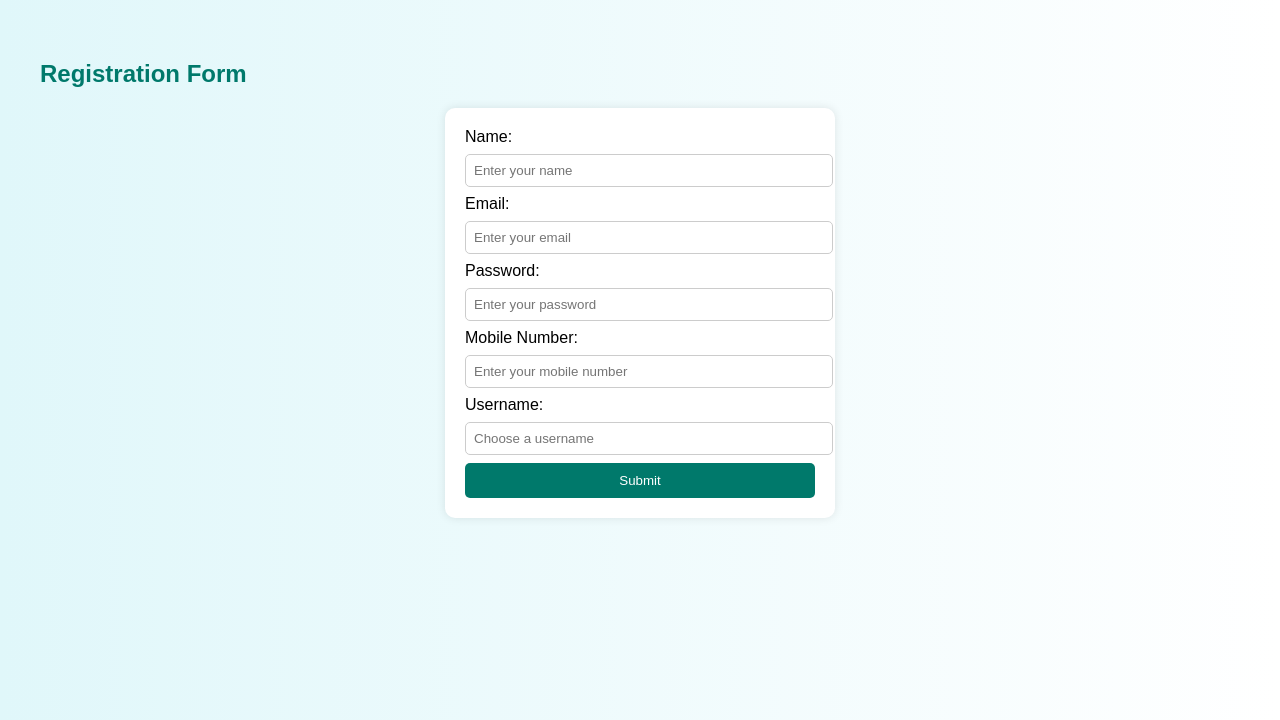
Repository: AkshayKPrajapati/CodingHub
Page: Servlet/WebContent/cookies.html
An editor plug-in stored every save of this project. The page is shown before and after the next save, followed by the edit.
The browser window is 1280 px wide. The pictures show the whole page.

Above is the page before, as saved 2025-10-15 17:49:45.

After the next save:
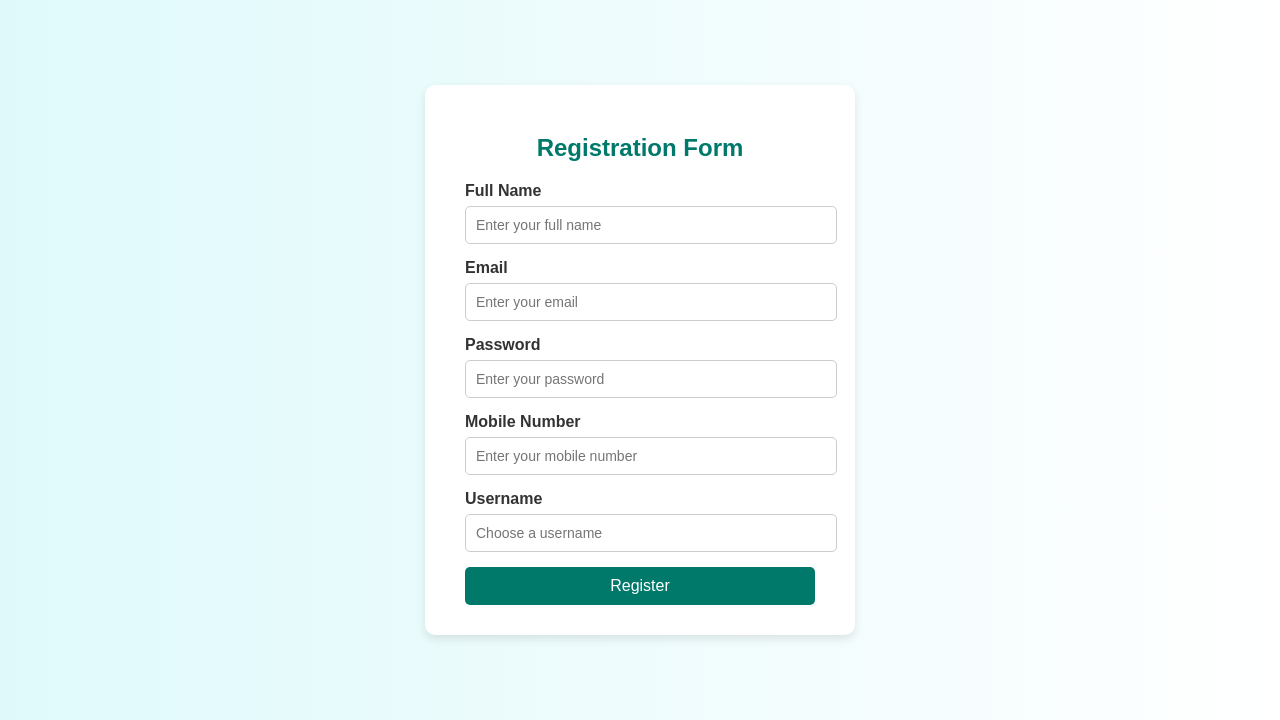
Saved 100 s later.
--- a/Servlet/WebContent/cookies.html
+++ b/Servlet/WebContent/cookies.html
@@ -1,42 +1,66 @@
 <!DOCTYPE html>
-<html>
+<html lang="en">
 <head>
 <meta charset="UTF-8">
 <title>Registration Form</title>
 <style>
     body {
         font-family: Arial, sans-serif;
-        background: linear-gradient(to right, #e0f7fa, #ffffff);
+        background: linear-gradient(to right, #dff9fb, #ffffff);
         margin: 0;
-        padding: 40px;
+        padding: 0;
+        display: flex;
+        height: 100vh;
+        justify-content: center;
+        align-items: center;
     }
+
+    .form-container {
+        background: #fff;
+        padding: 30px 40px;
+        border-radius: 10px;
+        box-shadow: 0 4px 10px rgba(0,0,0,0.1);
+        width: 350px;
+    }
+
     h2 {
+        text-align: center;
         color: #00796b;
+        margin-bottom: 20px;
     }
-    form {
-        background: #fff;
-        border-radius: 10px;
-        box-shadow: 0 0 10px rgba(0,0,0,0.1);
-        padding: 20px;
-        width: 350px;
-        margin: auto;
+
+    label {
+        display: block;
+        margin-bottom: 6px;
+        color: #333;
+        font-weight: bold;
     }
+
     input {
         width: 100%;
-        padding: 8px;
-        margin: 8px 0;
+        padding: 10px;
+        margin-bottom: 15px;
         border: 1px solid #ccc;
         border-radius: 5px;
+        font-size: 14px;
     }
+
+    input:focus {
+        border-color: #00796b;
+        outline: none;
+    }
+
     button {
+        width: 100%;
         background-color: #00796b;
         color: white;
+        padding: 10px;
         border: none;
-        padding: 10px;
         border-radius: 5px;
         cursor: pointer;
-        width: 100%;
+        font-size: 16px;
     }
+
     button:hover {
         background-color: #004d40;
     }
@@ -44,26 +68,27 @@
 </head>
 <body>
 
-<h2>Registration Form</h2>
+<div class="form-container">
+    <h2>Registration Form</h2>
+    <form action="register" method="post">
+        <label for="name">Full Name</label>
+        <input type="text" id="name" name="name" placeholder="Enter your full name" required>
 
-<form action="register" method="post">
-    <label for="name">Name:</label><br>
-    <input type="text" id="name" name="name" placeholder="Enter your name" required><br>
+        <label for="email">Email</label>
+        <input type="email" id="email" name="email" placeholder="Enter your email" required>
 
-    <label for="email">Email:</label><br>
-    <input type="email" id="email" name="email" placeholder="Enter your email" required><br>
+        <label for="password">Password</label>
+        <input type="password" id="password" name="password" placeholder="Enter your password" required>
 
-    <label for="password">Password:</label><br>
-    <input type="password" id="password" name="password" placeholder="Enter your password" required><br>
+        <label for="mobile">Mobile Number</label>
+        <input type="tel" id="mobile" name="mobile" placeholder="Enter your mobile number" required>
 
-    <label for="mobile">Mobile Number:</label><br>
-    <input type="tel" id="mobile" name="mobile" placeholder="Enter your mobile number" required><br>
+        <label for="username">Username</label>
+        <input type="text" id="username" name="username" placeholder="Choose a username" required>
 
-    <label for="username">Username:</label><br>
-    <input type="text" id="username" name="username" placeholder="Choose a username" required><br>
-
-    <button type="submit">Submit</button>
-</form>
+        <button type="submit">Register</button>
+    </form>
+</div>
 
 </body>
 </html>
